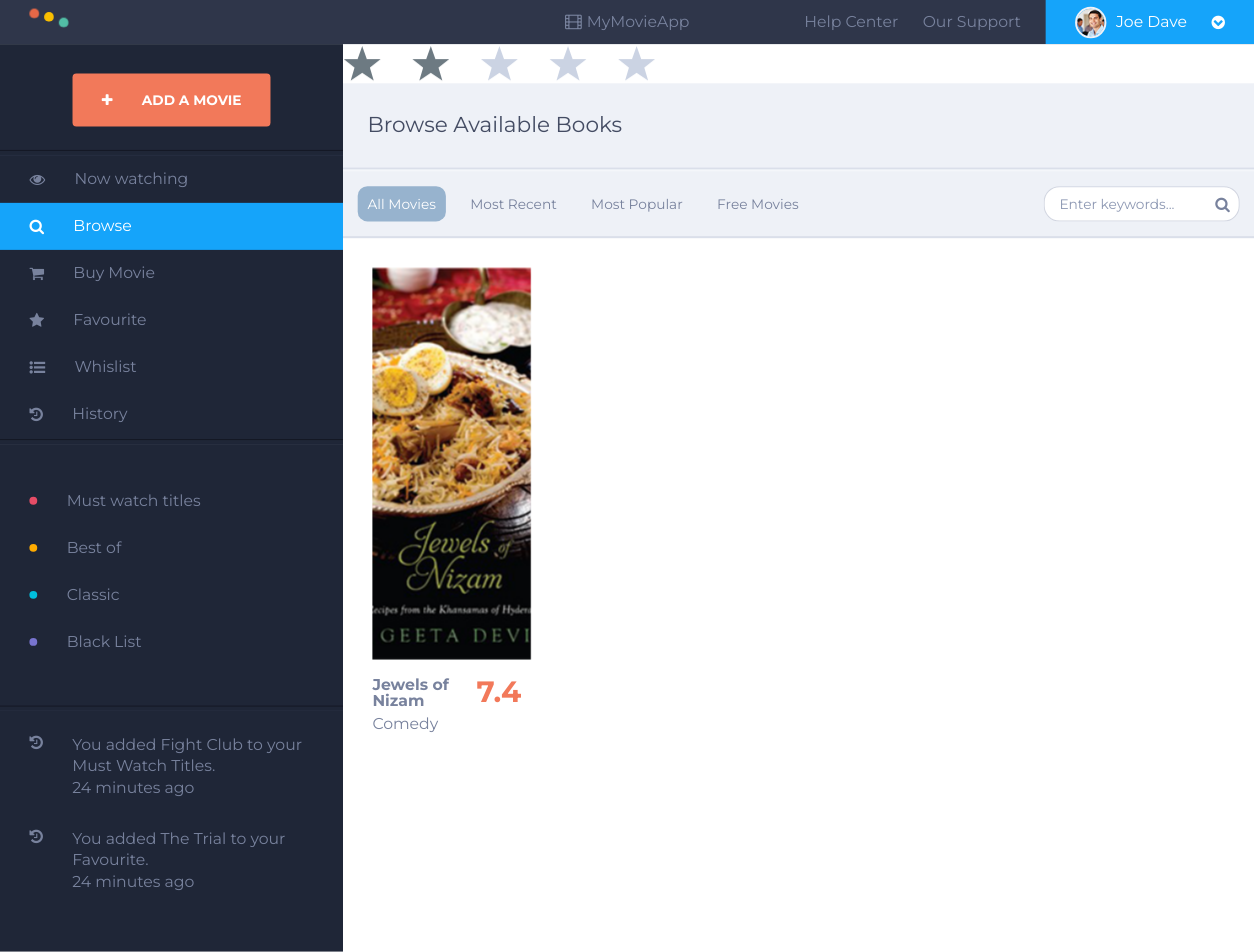
Repository: zyng/movie
Page: /
The author's editor kept a copy of each file at every save. The page is drawn from the files as they stood at one save, then again after the next save.
The browser window is 1280 px wide. The pictures show the whole page, at 98% of full size.
Some web libraries are served in a nearby version. The project was rebuilt for these pictures with package versions that can differ from the ones it lists, and the page was loaded fresh each time.

Above is the page before, as saved 2019-01-17 02:23:58.

After the next save:
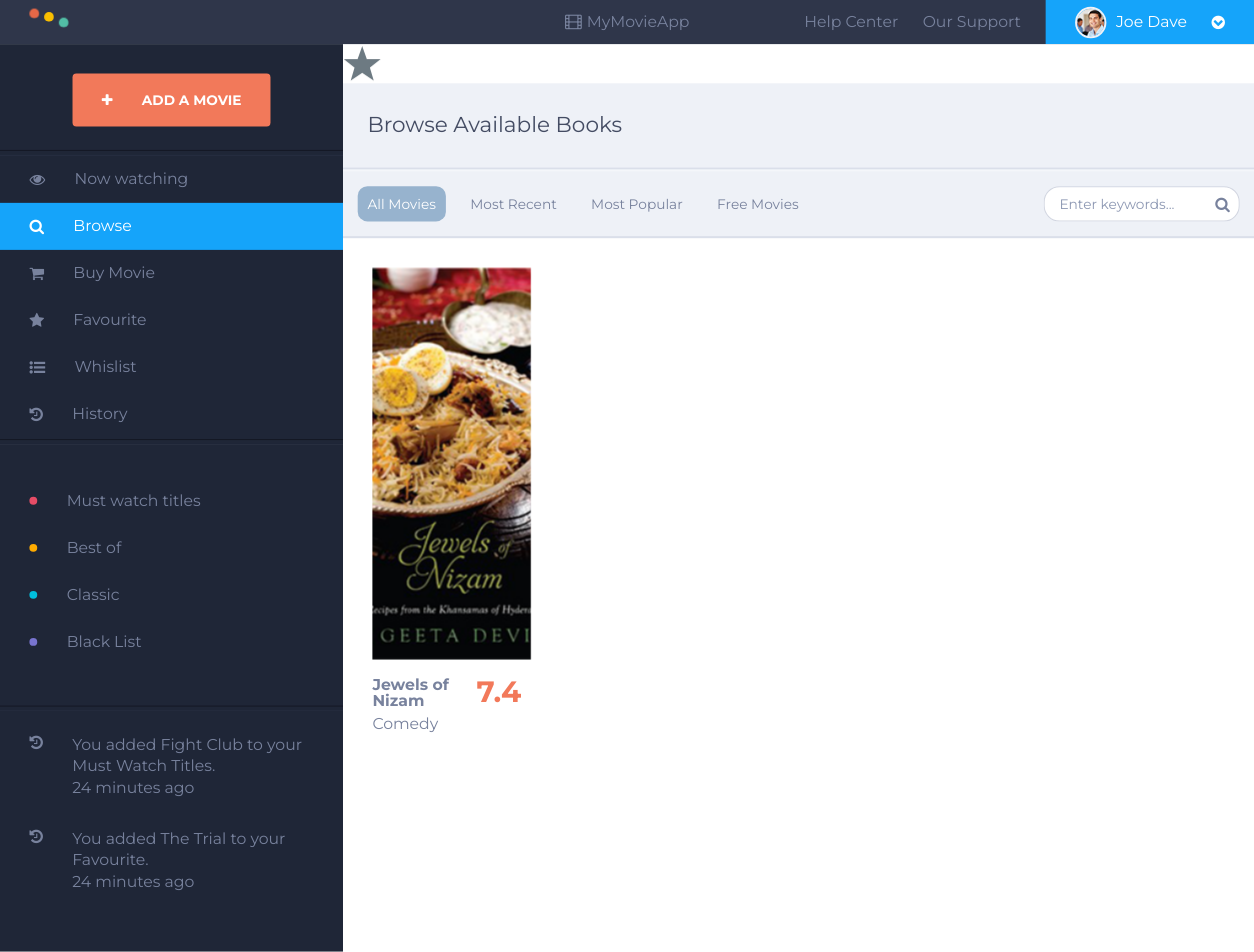
Saved 33 s later.
--- a/src/components/Main/Main.js
+++ b/src/components/Main/Main.js
@@ -17,7 +17,7 @@
                     rating={2}
                     starDimension="40px"
                     starSpacing="15px"
-                    numOfStars='4'
+                    numberOfStars='4'
                 />
                 <header className="main__header">
                     <div className="main__title">Browse Available Books</div>
